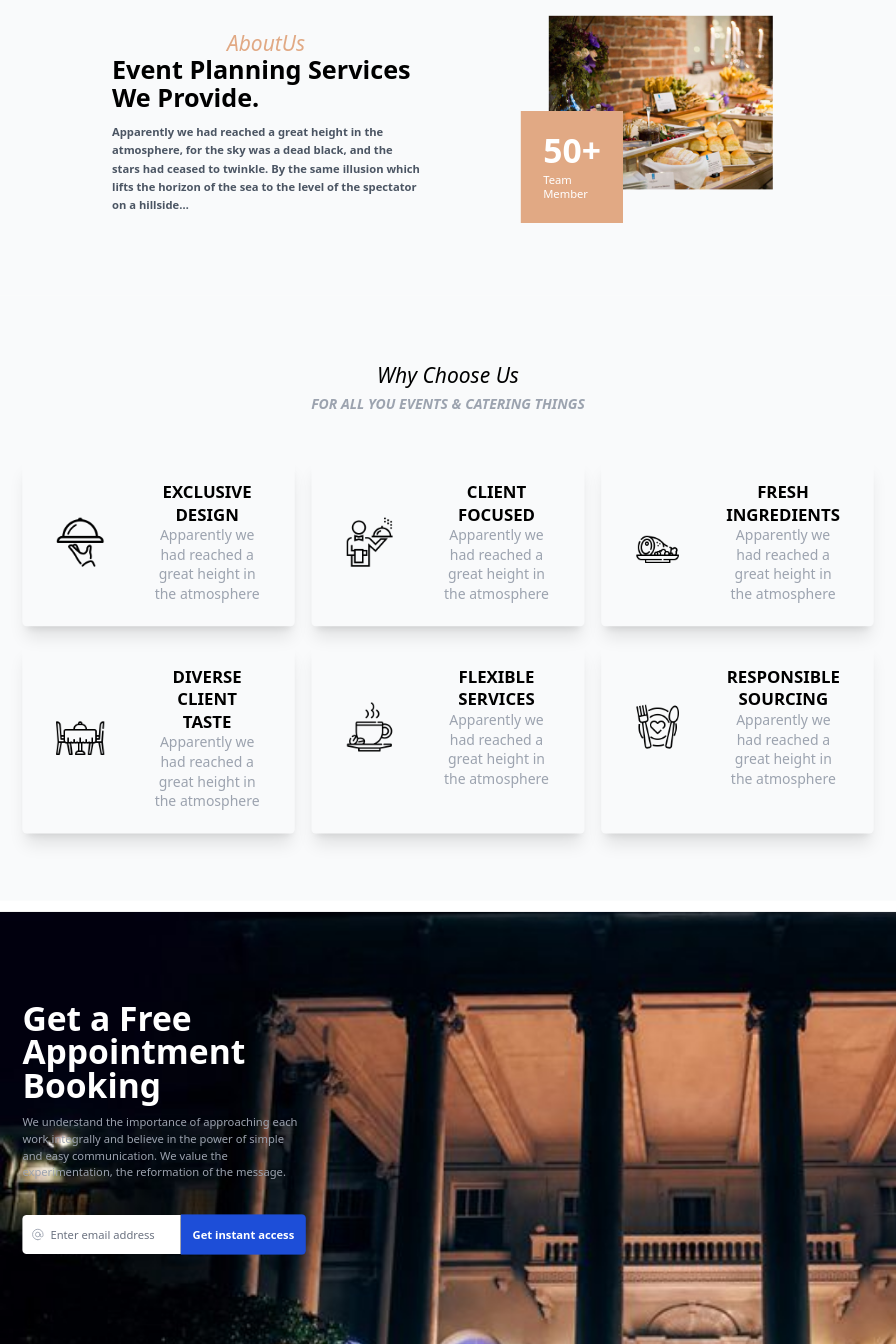
Repository: remydev47/grandes-events
Page: /
These files come from the project's save history. The page is drawn as it stood at one moment and after the next save; the edit follows.
The browser window is 1280 px wide. The pictures show the part of the page from y = 1882 to 3802 px (the page is 3802 px tall), at 70% of full size.
The project was rebuilt for these pictures with package versions that can differ from the ones it lists, and the page was loaded fresh each time. Also part of the build but not shown: vite.config.js, src/components/Team.jsx, src/components/Testimonials.jsx, src/components/Menu.jsx, src/components/Footer.jsx, src/components/Blog.jsx.

Above is the page before, as saved 2023-02-08 16:59:12.

After the next save:
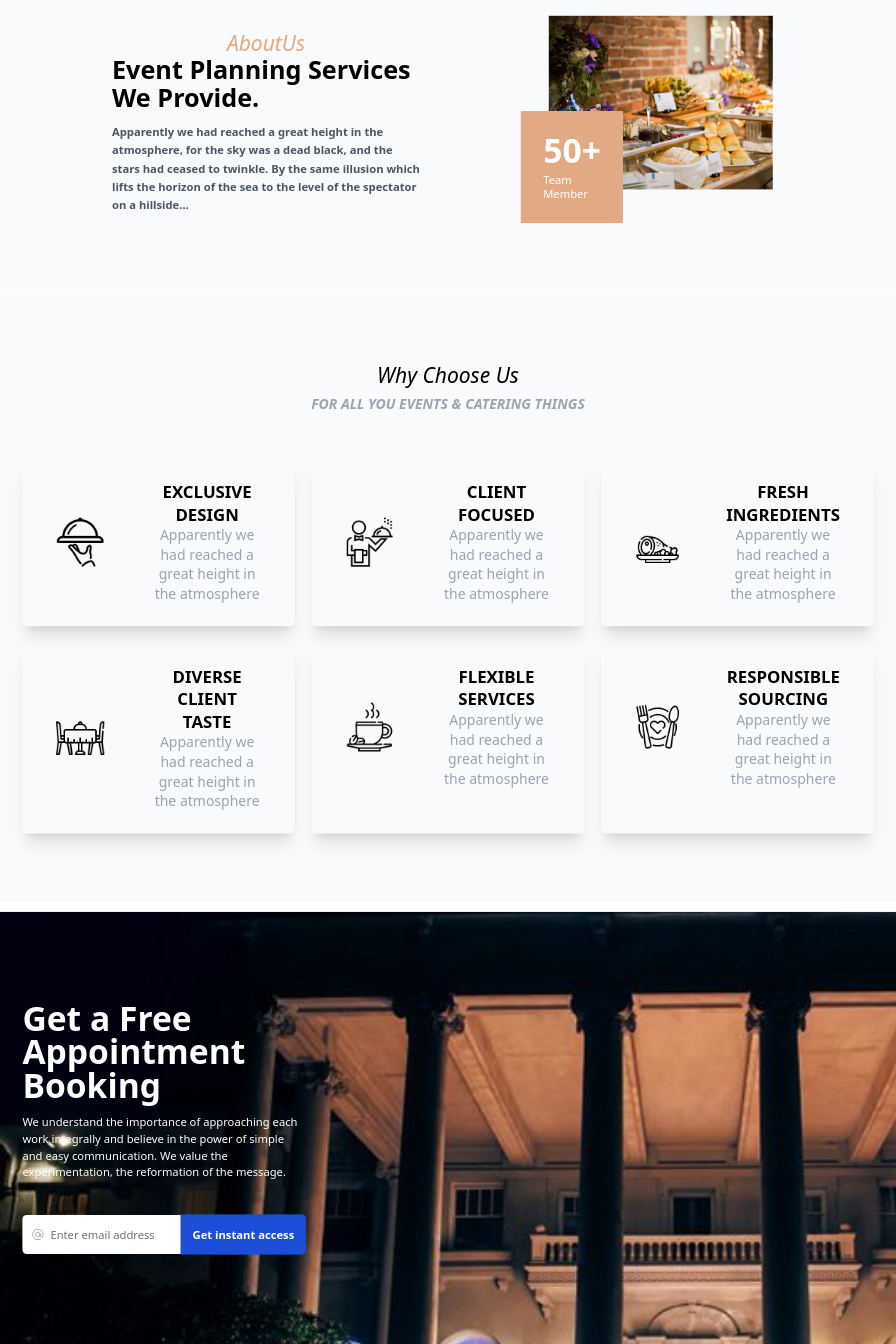
Saved 36 s later.
--- a/src/components/CTA.jsx
+++ b/src/components/CTA.jsx
@@ -11,7 +11,7 @@ const CTA = () => {
      <div className="relative px-4 mx-auto sm:px-6 lg:px-8 max-w-7xl">
       <div className="text-center md:w-2/3 lg:w-1/2 xl:w-1/3 md:text-left">
          <h2 className="text-3xl font-bold leading-tight text-white sm:text-4xl lg:text-5xl">Get a Free Appointment Booking</h2>
-         <p className="mt-4 text-base text-gray-400">
+         <p className="mt-4 text-base text-white">
          We understand the importance of approaching each work integrally and believe in the power of simple and easy communication. We value the experimentation, the reformation of the message.
          </p>
 
